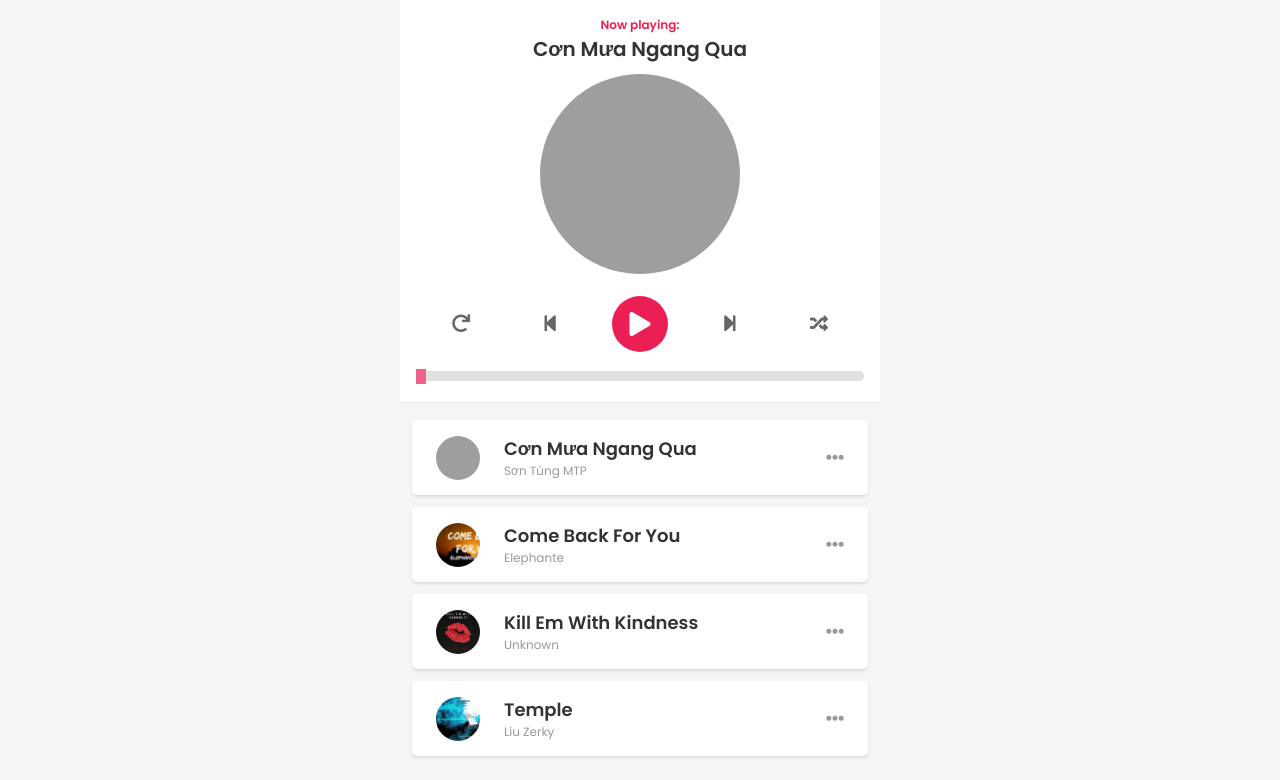
Repository: vandat598/musicPlayer
Page: index.html
An editor plug-in stored every save of this project. The page is shown before and after the next save, followed by the edit.
The browser window is 1280 px wide. The pictures show the whole page.
Pictures or frames that could not be fetched are drawn as grey boxes.

Above is the page before, as saved 2022-04-25 20:22:48.

After the next save:
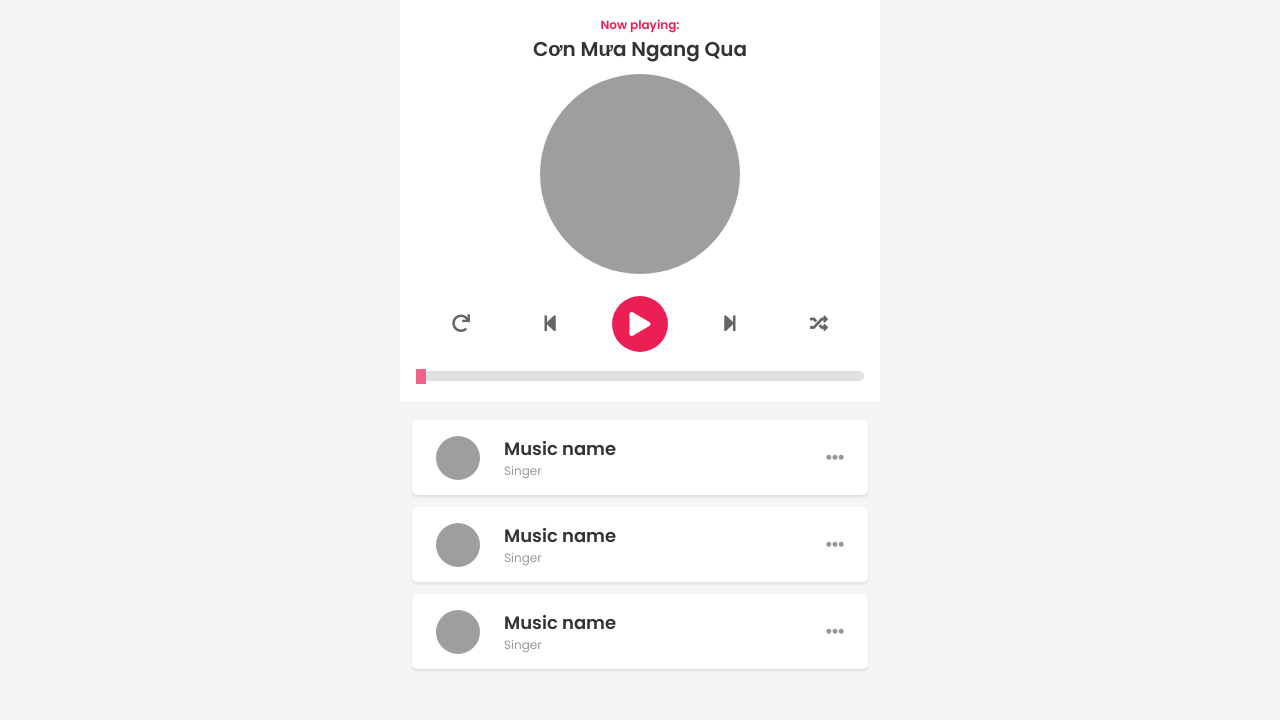
Console error: ReferenceError: cdThumbAnimate is not defined
Saved 36 s later.
--- a/index.html
+++ b/index.html
@@ -276,6 +276,7 @@
           heading.textContent = this.currentSong.name;
           cdThumb.style.backgroundImage = `url('${this.currentSong.image}')`;
           audio.src = this.currentSong.path;
+          cdThumbAnimate.pause();
         },
         nextSong() {
           this.currentIndex++;

After the save that followed:
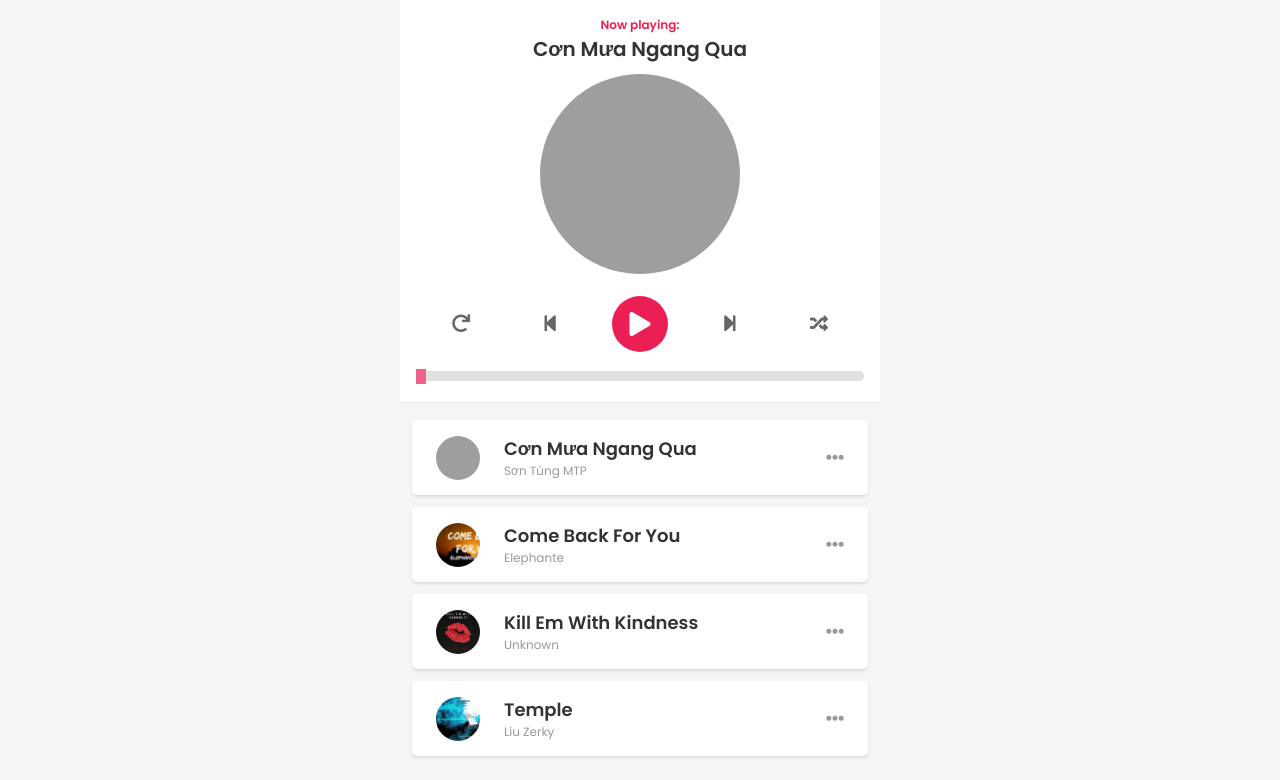
The error is gone.
Saved 18 s later.
--- a/index.html
+++ b/index.html
@@ -276,7 +276,7 @@
           heading.textContent = this.currentSong.name;
           cdThumb.style.backgroundImage = `url('${this.currentSong.image}')`;
           audio.src = this.currentSong.path;
-          cdThumbAnimate.pause();
+          // cdThumbAnimate.pause();
         },
         nextSong() {
           this.currentIndex++;
